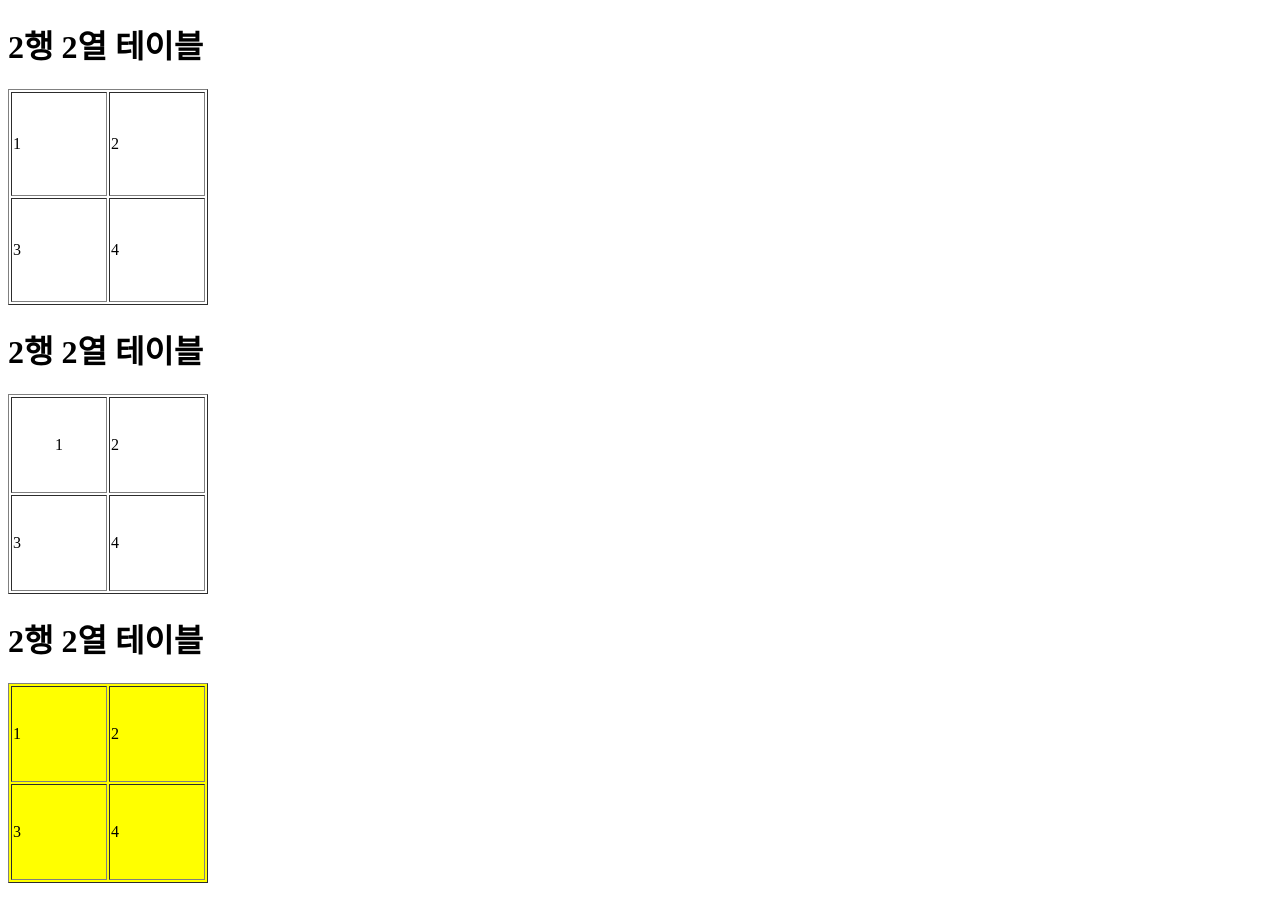
Repository: seula123/Front-End
Page: ClientTest/src/main/webapp/html/ex15_table.html
These files come from the project's save history. The page is drawn as it stood at one moment and after the next save; the edit follows.
The browser window is 1280 px wide. The pictures show the whole page.

Above is the page before, as saved 2023-09-21 00:38:42.

### ClientTest/src/main/webapp/html/ex15_table.html
<!DOCTYPE html>
<html>
<head>
<meta charset="UTF-8">
<title>Insert title here</title>
</head>
<body>

<!-- ex15_table.html -->

   <!--

      표, table

      1. <table>
      	- 큰상자
      	- 전체 컨테이너


      2. <tr>, table row
      	- 중간 상자
      	- 행 역할

      3. <td>, table dat
      	- 작은 상자
      	- 셀 역할
      	- 데이터를 담는 역할







   -->
		<!-- 모든 셀의 너비의 합 == 테이블 너비  -->
		<!-- 모든 셀의 높이의 합 == 테이블 높이  -->

	<h1> 2행 2열 테이블</h1>

	<table border = "1" width = "200" height="200">
		<tr>
			<td width="100" height = "100">1</td>
			<td width="100">2</td>
		 	</tr>
		<tr>
			<td height = "100">3</td>
			<td>4</td>
		</tr>
	</table>



		<h1> 2행 2열 테이블</h1>

	<table border = "1" width = "200" height="200">
		<tr>
			<td align = "center" valign = "middle">1</td>  <!--top bottom  -->
			<td>2</td>
		 	</tr>
		<tr>
			<td >3</td>
			<td>4</td>
		</tr>
	</table>




	<h1> 2행 2열 테이블</h1>

	<table border = "1" width = "200" height="200" bgcolor="yellow">
		<tr>
			<td >1</td>  <!--top bottom  -->
			<td>2</td>
		</tr>
		<tr>
			<td >3</td>
			<td>4</td>
		</tr>
	</table>



	<br>





</body>
</html>

After the next save:
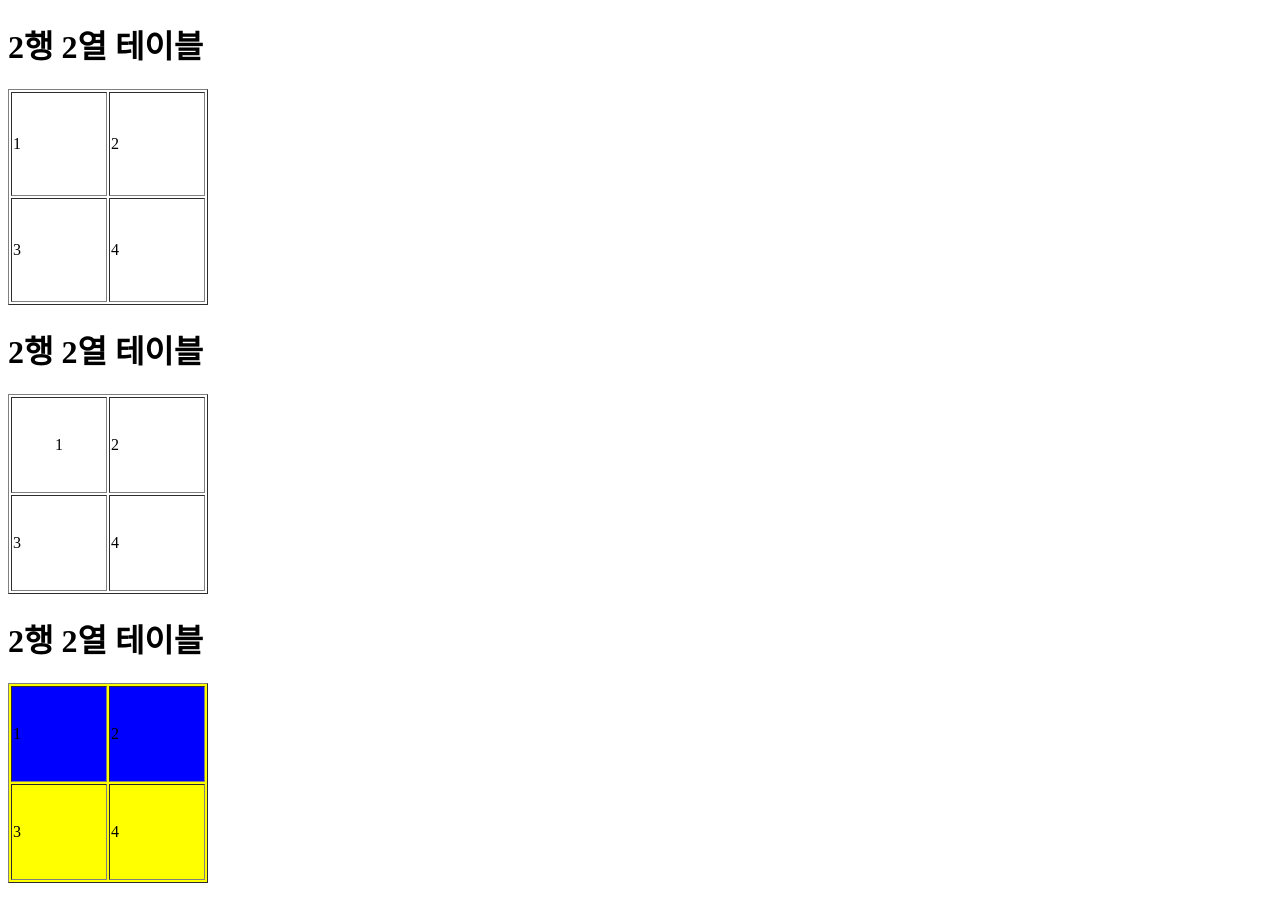
Saved 2 min 0 s later.
--- a/ClientTest/src/main/webapp/html/ex15_table.html
+++ b/ClientTest/src/main/webapp/html/ex15_table.html
@@ -70,7 +70,7 @@
 	<h1> 2행 2열 테이블</h1>
 
 	<table border = "1" width = "200" height="200" bgcolor="yellow">
-		<tr>
+		<tr bgcolor = "blue">
 			<td >1</td>  <!--top bottom  -->
 			<td>2</td>
 		</tr>
